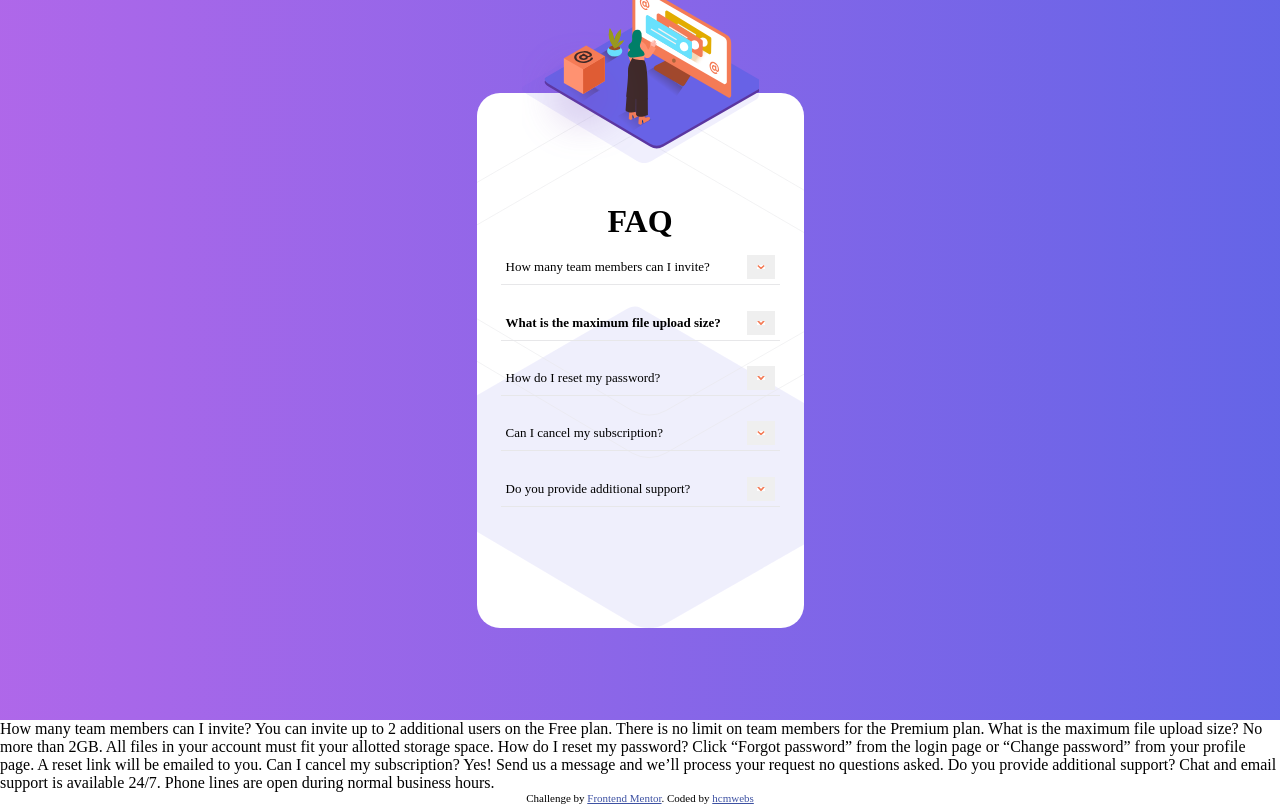
Repository: Hcmwebs/faq-accordion-card
Page: index.html
An editor plug-in stored every save of this project. The page is shown before and after the next save, followed by the edit.
The browser window is 1280 px wide. The pictures show the whole page.
The style sheet was rebuilt from its Sass, Less or Tailwind sources for each picture, by a compiler version that may differ from the author's.

Above is the page before, as saved 2020-11-06 11:35:29.

### index.html
<!DOCTYPE html>
<html lang="en">
  <head>
    <meta charset="UTF-8" />
    <meta name="viewport" content="width=device-width, initial-scale=1.0" />
    <!-- displays site properly based on user's device -->

    <link
      rel="icon"
      type="image/png"
      sizes="32x32"
      href="./images/favicon-32x32.png"
    />
    <link rel="stylesheet" href="css/main.min.css" />

    <title>Frontend Mentor | FAQ Accordion Card</title>

    <!-- Feel free to remove these styles or customise in your own stylesheet 👍 -->
    <style>
      .attribution {
        font-size: 11px;
        text-align: center;
      }
      .attribution a {
        color: hsl(228, 45%, 44%);
      }
    </style>
  </head>
  <body>
    <div class="container">
      <div class="card">
        <div class="card__header">
          <img
            src="/images/illustration-woman-online-mobile.svg"
            alt="image of a woman online"
          />
        </div>

        <div class="card__body">
          <h1 class="card__body--title">faq</h1>
          <div class="card__body--item">
            <div class="card__body--item--title">
              <h2>How many team members can I invite?</h2>
              <button>
                <img src="/images/icon-arrow-down.svg" alt="icon-arrow-down" />
              </button>
            </div>
            <p>
              You can invite up to 2 additional users on the Free plan.There is
              no limit on team members for the Premium plan.
            </p>
            <div class="card__body--item--divider"></div>
          </div>

          <div class="card__body--item">
            <div class="card__body--item--title">
              <h2><strong>What is the maximum file upload size?</strong></h2>
              <button>
                <img src="/images/icon-arrow-down.svg" alt="icon-arrow-down" />
              </button>
            </div>
            <p class="active">
              No more than 2GB. All files in your account must fit your allotted
              storage space.
            </p>
            <div class="card__body--item--divider"></div>
          </div>

          <div class="card__body--item">
            <div class="card__body--item--title">
              <h2>How do I reset my password?</h2>
              <button>
                <img src="/images/icon-arrow-down.svg" alt="icon-arrow-down" />
              </button>
            </div>
            <p>
              Click “Forgot password” from the login page or “Change password”
              from your profile page. A reset link will be emailed to you.
            </p>
            <div class="card__body--item--divider"></div>
          </div>

          <div class="card__body--item">
            <div class="card__body--item--title">
              <h2>Can I cancel my subscription?</h2>
              <button>
                <img src="/images/icon-arrow-down.svg" alt="icon-arrow-down" />
              </button>
            </div>
            <p>
              Yes! Send us a message and we’ll process your request no questions
              asked.
            </p>
            <div class="card__body--item--divider"></div>
          </div>

          <div class="card__body--item">
            <div class="card__body--item--title">
              <h2>Do you provide additional support?</h2>
              <button>
                <img src="/images/icon-arrow-down.svg" alt="icon-arrow-down" />
              </button>
            </div>
            <p>
              Chat and email support is available 24/7. Phone lines are open
              during normal business hours.
            </p>
            <div class="card__body--item--divider"></div>
          </div>
        </div>
      </div>
    </div>

    How many team members can I invite? You can invite up to 2 additional users
    on the Free plan. There is no limit on team members for the Premium plan.
    What is the maximum file upload size? No more than 2GB. All files in your
    account must fit your allotted storage space. How do I reset my password?
    Click “Forgot password” from the login page or “Change password” from your
    profile page. A reset link will be emailed to you. Can I cancel my
    subscription? Yes! Send us a message and we’ll process your request no
    questions asked. Do you provide additional support? Chat and email support
    is available 24/7. Phone lines are open during normal business hours.

    <div class="attribution">
      Challenge by
      <a href="https://www.frontendmentor.io?ref=challenge" target="_blank"
        >Frontend Mentor</a
      >. Coded by
      <a
        href="https://github.com/Hcmwebs/faq-accordion-card.git"
        target="_blank"
        rel="noopener noreferrer"
        >hcmwebs</a
      >
    </div>
  </body>
</html>

### scss/main.scss

// /*====fonts====*/

// @import url('https://fonts.googleapis.com/css2?family=Kumbh+Sans:wght@400;700&display=swap');

// $font-stack: 'Kumbh Sans',sans-serif;
// $font-size: 10px;
// $font-light: 400;
// $font-bold: 700;


// /*====primary color====*/
// /*====text-color====*/

// $veryDarkDesaturatedBlue: hsl(238, 29%, 16%);
// $softRed: hsl(14, 88%, 65%);

// /*====background -gradient====*/

// $gradientSoftViolet: hsl(273, 75%, 66%);
// $gradientSoftBlue: hsl(240, 73%, 65%);

// /*====Neutral color====*/
// /*====text-color====*/

// $veryDarkGrayishBlue: hsl(237, 12%, 33%);
// $darkGrayishBlue: hsl(240, 6%, 50%);

// /*====dividers-color====*/

// $dividersLightGrayishBlue: hsl(240, 5%, 91%);

@import 'variables';
@import 'mixins';


*{
  margin: 0;
  padding: 0;
  box-sizing: border-box;
}

.body{
width: 100%;
height: 100vh;
font-family: 'Kumbh Sans',sans-serif;
font-size: $font-size;
font-weight: $font-light;
@include grid($center, $center);
}

.container{
  width: 100%;
  height: 100vh;
  background: linear-gradient(90deg,$gradientSoftViolet 0%,$gradientSoftBlue 100%);
  @include flex($column, $center, $center);

  .card{
    width: 327px;
    height:535px;
    background-color: #fff;
    border-radius:23px;
    padding: 10px;
    @include flex($column,$center,$center);
    position: relative;


    &__header{
      width: 237px;
      height: 180px;
      background-image: url(/images/bg-pattern-mobile.svg );
      background-size:contain;
      background-repeat: no-repeat;
      background-position: bottom center;
      position: absolute;
      top: -80px;
      transform: translateY(-30px);

      img{
        width: 100%;
        height: 100%;
        object-fit: cover;
      }

    }


    &__body{
      width: 100%;
      height: 354px;
      padding:20px;
      @include grid($center,$center);
      grid-template-columns: 1fr;
      gap: 5px;


      &--title{
      font-weight: $font-bold;
      font-size: 32px;
      text-transform: uppercase;
      margin: 0 auto;
      }

      &--item{
        width: 279px;
        margin: 0 auto;
        padding: 10px;
        @include grid($center,$center);
        gap: 5px;
        cursor: pointer;
        transition: all 0.75s ease-in-out;

        &:hover{
          transform: scale(0.98);
          box-shadow: 0 2px 20px $darkGrayishBlue;
        }


        &--title{
          width: 279px;
          padding: 0 5px;
          @include flex($row,$spaceBetween,$center);

          h2{
            font-size: 13px;
            font-weight: $font-light;
          }

          button{
            margin-left: 20px;
            padding: 10px;
            cursor: pointer;
            border: none;
            @include grid($center,$center);
            transition: all 0.75s ease-in-out;


            img{
              width: 8px;
              height: 4px;
              display: block;
              object-fit: cover;
              color:$softRed;
              background-color:#fff;

            }

          }
        }

        p{
          width: 85%;
          font-size: 13px;
          display: none;
        }

        &--divider{
          width: 100%;
          height: 1px;
          background-color:$dividersLightGrayishBlue;
        }
      }

    }

  }
}

.active {
  display: block;
}

@import 'medias';

### scss/_variables.scss
/*====fonts====*/

@import url('https://fonts.googleapis.com/css2?family=Kumbh+Sans:wght@400;700&display=swap');

$font-stack: 'Kumbh Sans',sans-serif;
$font-size: 10px;
$font-light: 400;
$font-bold: 700;


/*====primary color====*/
/*====text-color====*/

$veryDarkDesaturatedBlue: hsl(238, 29%, 16%);
$softRed: hsl(14, 88%, 65%);

/*====background -gradient====*/

$gradientSoftViolet: hsl(273, 75%, 66%) ;
$gradientSoftBlue: hsl(240, 73%, 65%);

/*====Neutral color====*/
/*====text-color====*/

$veryDarkGrayishBlue: hsl(237, 12%, 33%);
$darkGrayishBlue: hsl(240, 6%, 50%);

/*====dividers-color====*/

$dividersLightGrayishBlue: hsl(240, 5%, 91%);


/*====alignments====*/
$flexStart: flex-start;
$flexEnd: flex-End;
$center: center;
$spaceAround: space-around;
$spaceBetween: space-between;


/*====placeItems====*/

$placeItems: place-items;


/*====justify====*/

$justify: justify-content;

/*====align====*/
$align: align-items;

/*====direction====*/
$direction: flex-direction;
$row:row;
$column:column;

### scss/_mixins.scss
/*====grid====*/
@mixin grid ($justify,$align){

  display: grid;
  justify-content: $justify;
  align-items: $align;
}

@mixin flex ($direction, $justify, $align) {
  display: flex;
  flex-direction: $direction;
  justify-content: $justify;
  align-items: $align;

}

### scss/_medias.scss
/*====Mobile: 375px;====*/
/*====Desktop: 1440px;====*/


@media(max-width: 1440px){
  .container{
    min-width: 800px;


    .card{
      background-position: center center;
      background-repeat:no-repeat;
      background-size:cover;
      background-image:url(/images/bg-pattern-desktop.svg);
    }
  }
}

@media(max-width:375px){
  .container{
    min-width:320px;
  }
}

After the next save:
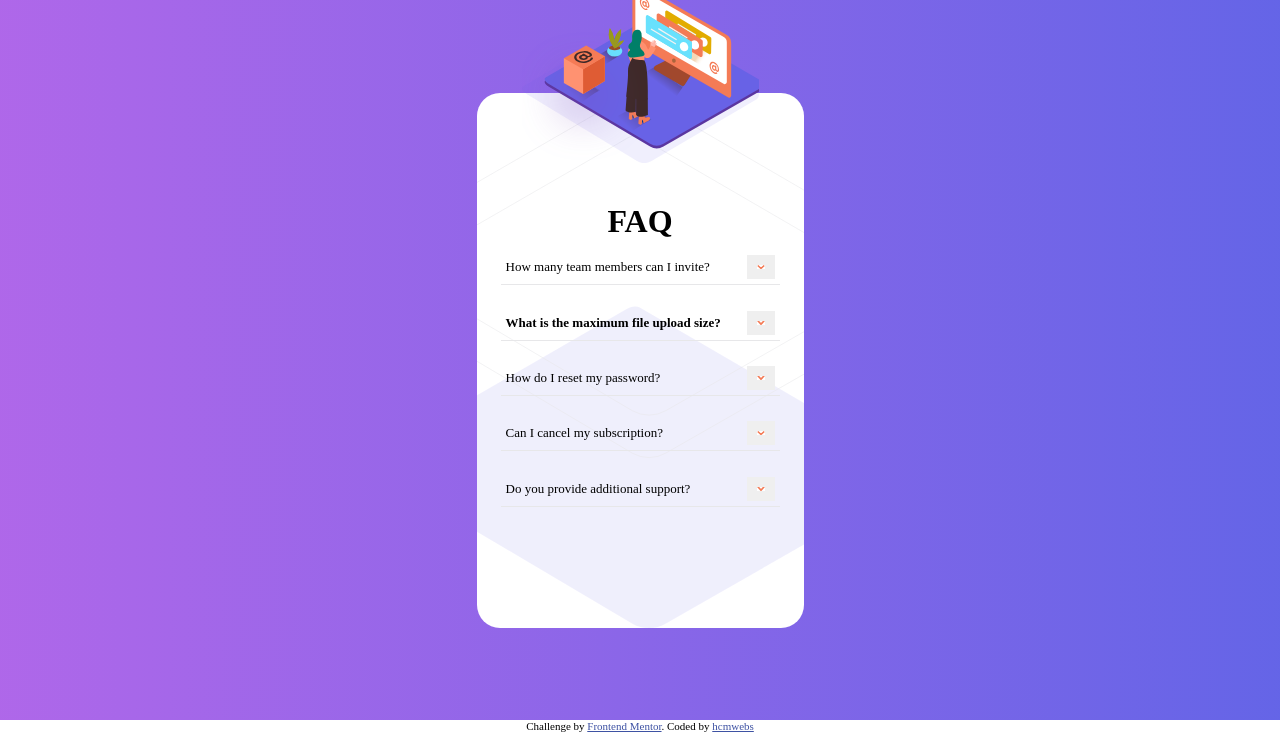
Saved 34 s later.
--- a/index.html
+++ b/index.html
@@ -110,7 +110,7 @@
         </div>
       </div>
     </div>
-
+    <!--
     How many team members can I invite? You can invite up to 2 additional users
     on the Free plan. There is no limit on team members for the Premium plan.
     What is the maximum file upload size? No more than 2GB. All files in your
@@ -119,7 +119,7 @@
     profile page. A reset link will be emailed to you. Can I cancel my
     subscription? Yes! Send us a message and we’ll process your request no
     questions asked. Do you provide additional support? Chat and email support
-    is available 24/7. Phone lines are open during normal business hours.
+    is available 24/7. Phone lines are open during normal business hours. -->
 
     <div class="attribution">
       Challenge by
